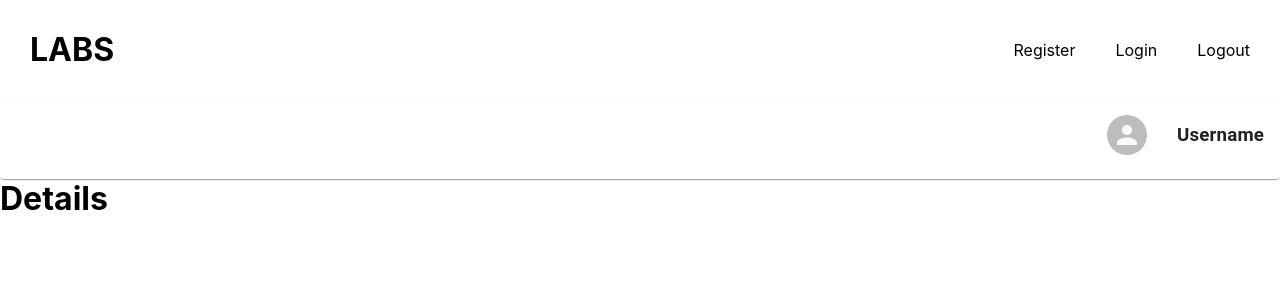
Repository: Prafullkuma/labsdata
Page: /admin
These files come from the project's save history. The page is drawn as it stood at one moment and after the next save; the edit follows.
The browser window is 1280 px wide. The pictures show the whole page.
The project was rebuilt for these pictures with package versions that can differ from the ones it lists, and the page was loaded fresh each time. Also part of the build but not shown: src/App.css, src/Component/Details/details.css, src/Component/Main.js, src/Auth/Login.js, src/Auth/Signup.js, src/Auth/Logout.js.

Above is the page before, as saved 2020-08-25 09:56:53.

After the next save:
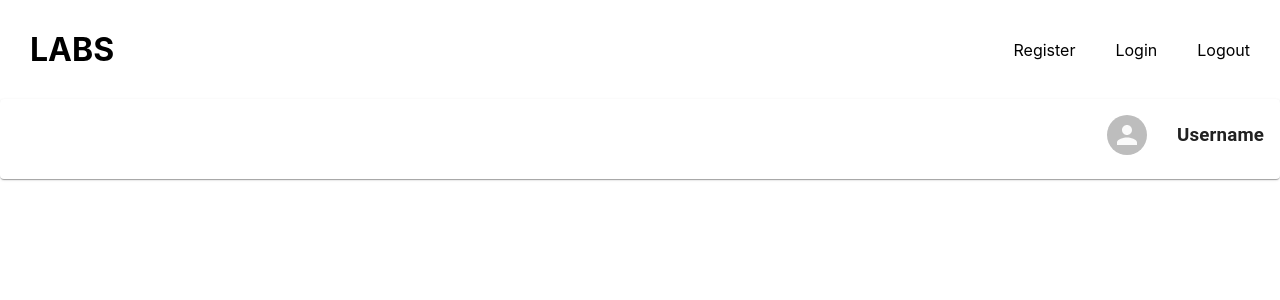
Saved 8 s later.
--- a/src/Component/Details/Details.js
+++ b/src/Component/Details/Details.js
@@ -3,7 +3,7 @@ import './details.css'
 function Details() {
     return (
         <div>
-            <h1>Details</h1>
+
         </div>
     )
 }
